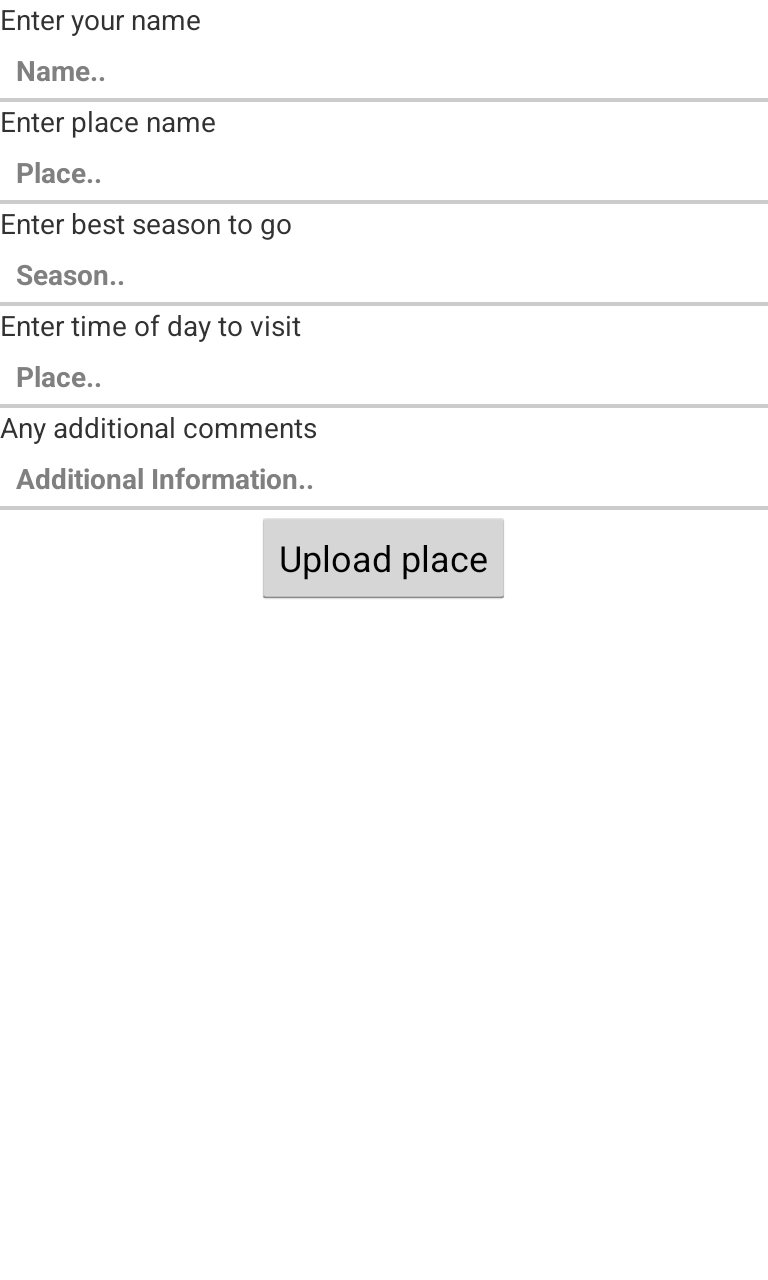
Repository: sandeshshetty/TravelZeus
Layout: TravelZeus/res/layout/fragment_insert_info.xml
These files come from the project's save history. The layout is drawn as it stood at one moment and after the next save; the edit follows.
It is drawn on a 768 x 1280 px phone screen (xhdpi) without system bars, with theme AppTheme; the app's code is not run.

Above is the layout before, as saved 2015-05-16 17:37:02.

### TravelZeus/res/layout/fragment_insert_info.xml
<?xml version="1.0" encoding="utf-8"?>
<LinearLayout xmlns:android="http://schemas.android.com/apk/res/android"
    android:layout_width="match_parent"
    android:layout_height="match_parent"
    android:orientation="vertical">

    <TextView
        android:layout_width="match_parent"
        android:layout_height="wrap_content"
        android:text="Enter your name" />

    <EditText
        android:id="@+id/userInputName"
        android:layout_height="wrap_content"
    	android:layout_width="match_parent"
    	android:hint="Name.."
    	style="?android:listSeparatorTextViewStyle" />

    <TextView
        android:layout_width="match_parent"
        android:layout_height="wrap_content"
        android:text="Enter place name" />

    <EditText
        android:id="@+id/userInputPlace"
        android:layout_height="wrap_content"
    	android:layout_width="match_parent"
    	android:hint="Place.."
    	style="?android:listSeparatorTextViewStyle" />

    <TextView
        android:layout_width="match_parent"
        android:layout_height="wrap_content"
        android:text="Enter best season to go" />

    <EditText
        android:id="@+id/userInputSeason"
        android:layout_height="wrap_content"
    	android:layout_width="match_parent"
    	android:hint="Season.."
    	style="?android:listSeparatorTextViewStyle" />

    <TextView
        android:layout_width="match_parent"
        android:layout_height="wrap_content"
        android:text="Enter time of day to visit" />

    <EditText
        android:id="@+id/userInputTime"
        android:layout_height="wrap_content"
    	android:layout_width="match_parent"
    	android:hint="Place.."
    	style="?android:listSeparatorTextViewStyle" />

    <TextView
        android:layout_width="match_parent"
        android:layout_height="wrap_content"
        android:text="Any additional comments" />

    <EditText
        android:id="@+id/userComment"
        android:layout_height="wrap_content"
    	android:layout_width="match_parent"
    	android:hint="Additional Information.."
    	style="?android:listSeparatorTextViewStyle" />

     <Button
        android:id="@+id/userInputUpload"
        android:layout_width="wrap_content"
        android:layout_height="wrap_content"
       	android:layout_gravity="center_horizontal"
       	android:text="Upload place" />

</LinearLayout>

Loaded but not shown: TravelZeus/res/values/styles.xml (common file); TravelZeus/res/values-v11/styles.xml (common file); TravelZeus/res/values-v14/styles.xml (common file)

After the next save:
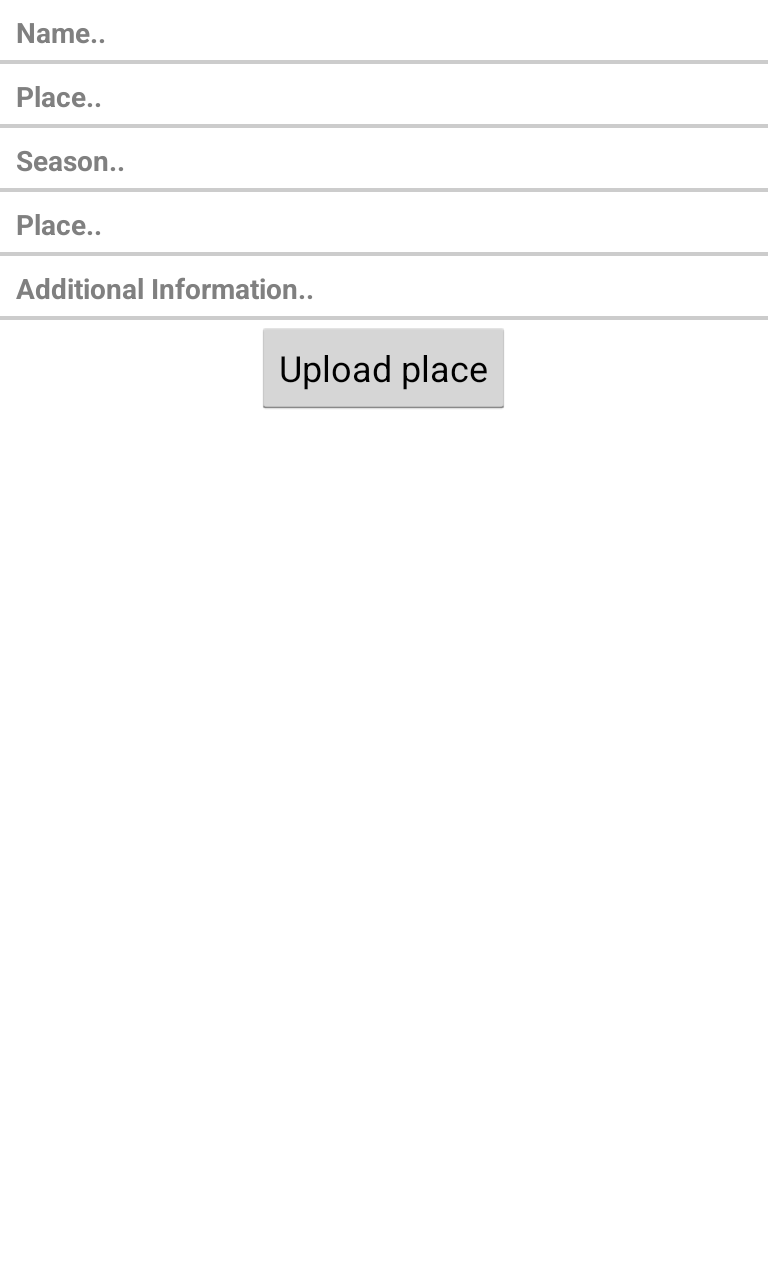
Saved 3 min 15 s later.
--- a/TravelZeus/res/layout/fragment_insert_info.xml
+++ b/TravelZeus/res/layout/fragment_insert_info.xml
@@ -3,11 +3,6 @@
     android:layout_width="match_parent"
     android:layout_height="match_parent"
     android:orientation="vertical">
-
-    <TextView
-        android:layout_width="match_parent"
-        android:layout_height="wrap_content"
-        android:text="Enter your name" />
 
     <EditText
         android:id="@+id/userInputName"
@@ -16,22 +11,12 @@
     	android:hint="Name.."
     	style="?android:listSeparatorTextViewStyle" />
 
-    <TextView
-        android:layout_width="match_parent"
-        android:layout_height="wrap_content"
-        android:text="Enter place name" />
-
     <EditText
         android:id="@+id/userInputPlace"
         android:layout_height="wrap_content"
     	android:layout_width="match_parent"
     	android:hint="Place.."
     	style="?android:listSeparatorTextViewStyle" />
-
-    <TextView
-        android:layout_width="match_parent"
-        android:layout_height="wrap_content"
-        android:text="Enter best season to go" />
 
     <EditText
         android:id="@+id/userInputSeason"
@@ -40,22 +25,12 @@
     	android:hint="Season.."
     	style="?android:listSeparatorTextViewStyle" />
 
-    <TextView
-        android:layout_width="match_parent"
-        android:layout_height="wrap_content"
-        android:text="Enter time of day to visit" />
-
     <EditText
         android:id="@+id/userInputTime"
         android:layout_height="wrap_content"
     	android:layout_width="match_parent"
     	android:hint="Place.."
     	style="?android:listSeparatorTextViewStyle" />
-
-    <TextView
-        android:layout_width="match_parent"
-        android:layout_height="wrap_content"
-        android:text="Any additional comments" />
 
     <EditText
         android:id="@+id/userComment"
